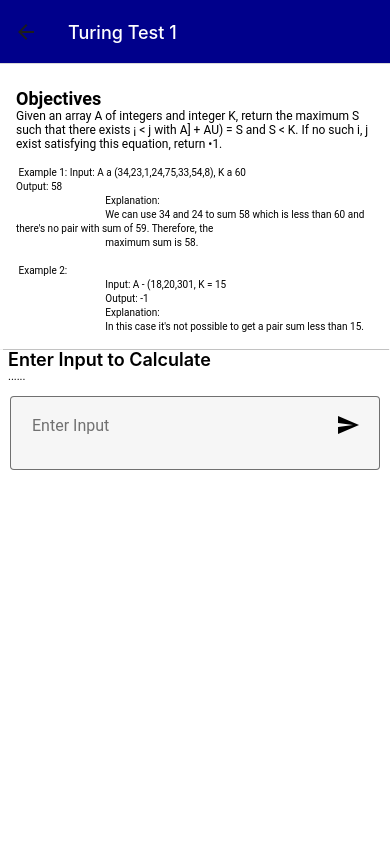
Repository: seyicoded/rn-crazy-algorithm-app
Screen: /TuringTest1
The author's editor kept a copy of each file at every save. The screen is drawn from the files as they stood at one save, then again after the next save.
The app was drawn by React Native's web renderer in a window 390 px wide. The project was rebuilt for these pictures with package versions that can differ from the ones it lists, and the page was loaded fresh each time. Also part of the build but not shown: src/screens/sort.js, src/screens/filter.js, src/screens/advance.js, src/screens/sorts/Sort_simple_number.js, src/screens/sorts/Sort_alphabet.js, src/screens/filters/Filter_simple_number.js, src/screens/advance/Advance_number.js, src/screens/advance/Multiplier_number.js.

Above is the screen before, as saved 2022-04-01 23:22:40.

### App.js
import 'react-native-gesture-handler';
import { StatusBar } from 'expo-status-bar';
import { StyleSheet, Text, View } from 'react-native';
import Main from './src/main'
export default function App() {
  return (
    <View style={styles.container}>
      <Main />
      <StatusBar style="auto" />
    </View>
  );
}

const styles = StyleSheet.create({
  container: {
    flex: 1,
    backgroundColor: '#fff',
  },
});

### src/main.js
import { View, Text } from 'react-native'
import React from 'react'
import {NavigationContainer} from '@react-navigation/native'
import {createStackNavigator} from '@react-navigation/stack'
import Home from './screens/index'
import Sort from './screens/sort'
import Filter from './screens/filter'
import Advance from './screens/advance'
import Sort_simple_number from './screens/sorts/Sort_simple_number'
import Sort_alphabet from './screens/sorts/Sort_alphabet'
import Filter_simple_number from './screens/filters/Filter_simple_number'
import Advance_number from './screens/advance/Advance_number'
import Multiplier_number from './screens/advance/Multiplier_number'
import TuringTest1 from './screens/advance/TuringTest1'

const StackNav = createStackNavigator()

export default function Main() {
  return (
    <NavigationContainer>
        <StackNav.Navigator>
            <StackNav.Screen name="Home" options={{headerMode: 'none'}} component={Home} />
            <StackNav.Screen name="Filter" options={{headerMode: 'none'}} component={Filter} />
            <StackNav.Screen name="Sort" options={{headerMode: 'none'}} component={Sort} />
            <StackNav.Screen name="Advance" options={{headerMode: 'none'}} component={Advance} />

            {/* sort aspect */}
            <StackNav.Screen name="Sort_simple_number" options={{title: 'Number Sort', headerStyle: {backgroundColor: 'darkblue', color: 'white'}, headerTitleStyle: {color: 'white'}}} component={Sort_simple_number} />
            <StackNav.Screen name="Sort_alphabet" options={{title: 'Alphabet Sort', headerStyle: {backgroundColor: 'darkblue', color: 'white'}, headerTitleStyle: {color: 'white'}}} component={Sort_alphabet} />

            {/* filter aspect */}
            <StackNav.Screen name="Filter_simple_number" options={{title: 'Number Filter', headerStyle: {backgroundColor: 'darkblue', color: 'white'}, headerTitleStyle: {color: 'white'}}} component={Filter_simple_number} />
            <StackNav.Screen name="Advance_number" options={{title: 'Advance Number Section', headerStyle: {backgroundColor: 'darkblue', color: 'white'}, headerTitleStyle: {color: 'white'}}} component={Advance_number} />
            <StackNav.Screen name="Multiplier_number" options={{title: 'Multiplier Number Section', headerStyle: {backgroundColor: 'darkblue', color: 'white'}, headerTitleStyle: {color: 'white'}}} component={Multiplier_number} />
            <StackNav.Screen name="TuringTest1" options={{title: 'Turing Test 1', headerStyle: {backgroundColor: 'darkblue', color: 'white'}, headerTitleStyle: {color: 'white'}}} component={TuringTest1} />
        </StackNav.Navigator>
    </NavigationContainer>
  )
}

### src/screens/index.js
import { View, Text, StyleSheet, FlatList, TouchableOpacity } from 'react-native'
import React, {useState, useEffect, useRef} from 'react'
import Header from '../layout/header'
import { List, Avatar, Card, Title, Paragraph, Button } from 'react-native-paper';

const data = [
    {
        id: 'Sort',
        image: 'https://picsum.photos/700',
        title: 'Sort',
    },
    {
        id: 'Filter',
        image: 'https://picsum.photos/700',
        title: 'Filter',
    },
    {
        id: 'Advance',
        image: 'https://picsum.photos/700',
        title: 'Advance',
    },
]

export default function Index({route, navigation}) {
    const [color, setColor] = useState('darkblue');
    var timer = null;
    var ColorChanger = useRef('darkblue');


    useEffect(()=>{
        timer = setInterval(()=>{
            // console.log('.')
            ColorChanger.current = (ColorChanger.current == 'darkblue') ? 'darkred' : 'darkblue';
            setColor(ColorChanger.current);
        }, 1000);
        return ()=>{
            clearInterval(timer);
        }
    }, [])

    const styles = StyleSheet.create({
        container: {
          flex: 1,
          width: '100%',
          backgroundColor: '#fff',
        },
        header: {
            fontSize: 16,
            textAlign: 'center',
            marginTop: 20,
            marginBottom: 20,
            color: color,
            fontWeight: '700',
        },
        list: {
            width: '100%',
        },
        card: {
            // backgroundColor: 'red',
            margin: 20,
            shadowColor: '#000',
            shadowOffset: { width: 0, height: 2 },
            shadowOpacity: 0.8,
            elevation: 4
        }
    });

    return (
        <View style={styles.container}>
            <Header title="Home" visible={false} navigation={navigation} />
            <Text style={styles.header}>Let's Prep Shall We</Text>

            <FlatList
                data={data}
                style={styles.list}
                renderItem={({ item }) => {
                    return (
                        <TouchableOpacity onPress={() => navigation.navigate(item.id, {title: item.title})}>
                            <Card style={styles.card}>
                                <Card.Cover source={{ uri: item.image }} />
                                {/* <Card.Actions style={{justifyContent: 'center'}}>
                                    <Button onPress={()=>navigation.navigate(item.id)}>{item.title}</Button>

                                </Card.Actions> */}

                                <Card.Content style={{justifyContent: 'center'}}>
                                    <Title style={{textAlign: 'center', marginTop:12, color: 'darkblue'}}>{item.title}</Title>
                                </Card.Content>
                            </Card>
                        </TouchableOpacity>
                    )
                }}
                numColumns={1}
            />

            {/* <Card>
                <Card.Cover source={{ uri: 'https://picsum.photos/700' }} />

                <Card.Content>
                    <Title>Card title</Title>
                </Card.Content>
            </Card> */}

        </View>
    )
}

### src/screens/advance/TuringTest1.js
import { StyleSheet, Text, View, TouchableOpacity, Pressable, Keyboard, ScrollView } from 'react-native'
import React from 'react'
import { Banner, RadioButton, TextInput } from 'react-native-paper';
import {Ionicons} from '@expo/vector-icons'

export default function TuringTest1() {
    const [value, setValue] = React.useState('ascending');
    const [byWhat, setbyWhat] = React.useState('letter');
    const [unsortedVal, setunsortedVal] = React.useState('');
    const [sortedVal, setsortedVal] = React.useState('');
    const [calDone, setcalDone] = React.useState([]);

    // console.log(calDone)

    const calculate = (numbers, counts) => {
        var number = unsortedVal;
        var count = 0;
        var calRecord = [];
        // check if length is one
        // if(number.length <= 1){
        //     setsortedVal(`final number is: ${number}, number of calculation: ${count}`);
        //     return ;
        // }

        // const num_array = (number).toString().split('');
        // var new_num = 1;
        // for (let i = 0; i < num_array.length; i++) {
        //     const element = parseInt(num_array[i]);
        //     new_num *= element;
        // }

        // count++;
        // console.log(new_num)
        do{
            if(number.toString().length <= 1){
                setsortedVal(`final number is: ${number}, number of calculation: ${count}`);
                setcalDone(calRecord);
                return ;
            }

            console.log(number.toString())

            var num_array = (number).toString().split('');
            var calRecordIndexer = num_array.join(' x ');
            var new_num = 1;
            for (let i = 0; i < num_array.length; i++) {
                const element = parseInt(num_array[i]);
                new_num *= element;
            }

            calRecordIndexer = calRecordIndexer + ' = ' + new_num;
            calRecord[count] = calRecordIndexer;
            count++;
            number = new_num;
            if(number.toString().length <= 1){
                setsortedVal(`final number is: ${number}, number of calculation: ${count}`);
                setcalDone(calRecord);
                return ;
            }

        }while((number).toString().length > 1)
        // return calculate(new_num, count);
    }

  return (
      <Pressable onPress={()=>{Keyboard.dismiss()}} style={{flex: 1,}}>
        <ScrollView style={styles.container}>
            <Banner
                visible={true}
                actions={[
                ]}
                >
                    <View>
                        <Text style={{fontWeight: '600', fontSize: 18}}>Objectives</Text>
                        <Text />
                        <Text style={{fontSize: 12}}>
                            {`Given an array A of integers and integer K, return the maximum S such that there exists ¡ < j with A] + AU) = S and S < K. If no such i, j exist satisfying this equation, return •1.`}

                            <Text style={{fontSize: 10}}>
                                {`\n \n Example 1: Input: A a (34,23,1,24,75,33,54,8), K a 60 \nOutput: 58
                                    Explanation:
                                    We can use 34 and 24 to sum 58 which is less than 60 and there's no pair with sum of 59. Therefore, the
                                    maximum sum is 58.
                                    \n Example 2:
                                    Input: A - (18,20,301, K = 15
                                    Output: -1
                                    Explanation:
                                    In this case it's not possible to get a pair sum less than 15.`}
                            </Text>
                        </Text>
                    </View>
            </Banner>

            <Text />

            <Text style={styles.title_element}>Enter Input to Calculate</Text>
            <Text style={{fontSize: 10, marginLeft: 8}}>......</Text>

            <TextInput
                label='Enter Input'
                mode='outlined'
                style={styles.input}
                value={unsortedVal}
                multiline={true}
                keyboardType='numeric'
                right={<TextInput.Icon forceTextInputFocus={false} onPress={()=>calculate(unsortedVal, 0)} style={{zIndex: 999}} name="send" />}
                onChangeText={text => setunsortedVal(text)}
            />

            <Text />

            {
                sortedVal.length > 0 ?
                <View>
                    <Text style={[styles.title_element, {marginTop: 14}]}>Solved Output</Text>
                    <Text style={styles.sorted_output}>
                        {sortedVal}
                    </Text>

                    <Text/>
                    <Text style={{marginLeft: 10}}>Belows are the calculation done:</Text>
                    <View style={{alignItems: 'center',}}>
                        {
                            calDone.map((item, index) => {
                                return <Text style={{fontSize: 23, marginTop: 3}}>{item}</Text>
                            })
                        }
                    </View>

                </View>
                :<></>
            }
        </ScrollView>
    </Pressable>
  )
}

const styles = StyleSheet.create({
    container: {
        flex: 1,
        backgroundColor: '#fff',
    },
    title_element: {
        fontWeight: '600',
        fontSize: 18,
        paddingLeft: 8
    },
    radio: {
        flexDirection: 'row',
        justifyContent: 'space-between',
        alignItems: 'center',
        marginHorizontal: 10,
        backgroundColor: 'rgba(0, 0, 0, 0.05)',
        paddingHorizontal: 8,
    },
    input: {
        marginHorizontal: 10,
        marginVertical: 8,
        // backgroundColor: 'rgba(0, 0, 0, 0.05)',
        paddingHorizontal: 8,
        zIndex: 99
    },
    sorted_output: {
        margin: 20,
        backgroundColor: 'rgba(0, 0, 0, 0.05)',
        padding: 10,
        fontSize: 18,
    }
})

### src/layout/header.js
import { View, Text } from 'react-native'
import React, {useState, useEffect} from 'react'
import { Appbar } from 'react-native-paper';

export default function Header({title, visible, navigation}) {
    // const [visible, setVisible] = useState(false);

    if(visible){
        return (
            <Appbar.Header style={{backgroundColor: 'darkblue'}}>
                {
                    (visible) ?
                    <Appbar.BackAction onPress={()=>navigation.goBack()} />
                    :<></>
                }
                <Appbar.Content title={title} />
            </Appbar.Header>
          )
    }else{
        return (
            <Appbar.Header style={{backgroundColor: 'darkblue'}}>
                <Appbar.Content title={title} />
            </Appbar.Header>
          )
    }

}

After the next save:
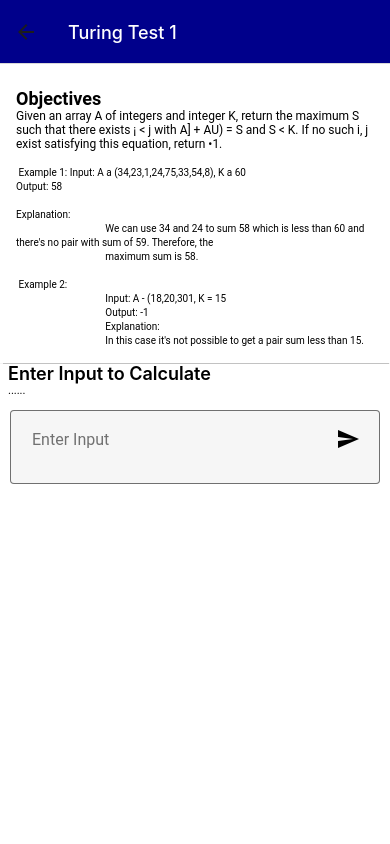
Saved 7 s later.
--- a/src/screens/advance/TuringTest1.js
+++ b/src/screens/advance/TuringTest1.js
@@ -78,7 +78,7 @@ export default function TuringTest1() {
 
                             <Text style={{fontSize: 10}}>
                                 {`\n \n Example 1: Input: A a (34,23,1,24,75,33,54,8), K a 60 \nOutput: 58
-                                    Explanation:
+                                    \nExplanation:
                                     We can use 34 and 24 to sum 58 which is less than 60 and there's no pair with sum of 59. Therefore, the
                                     maximum sum is 58.
                                     \n Example 2:
